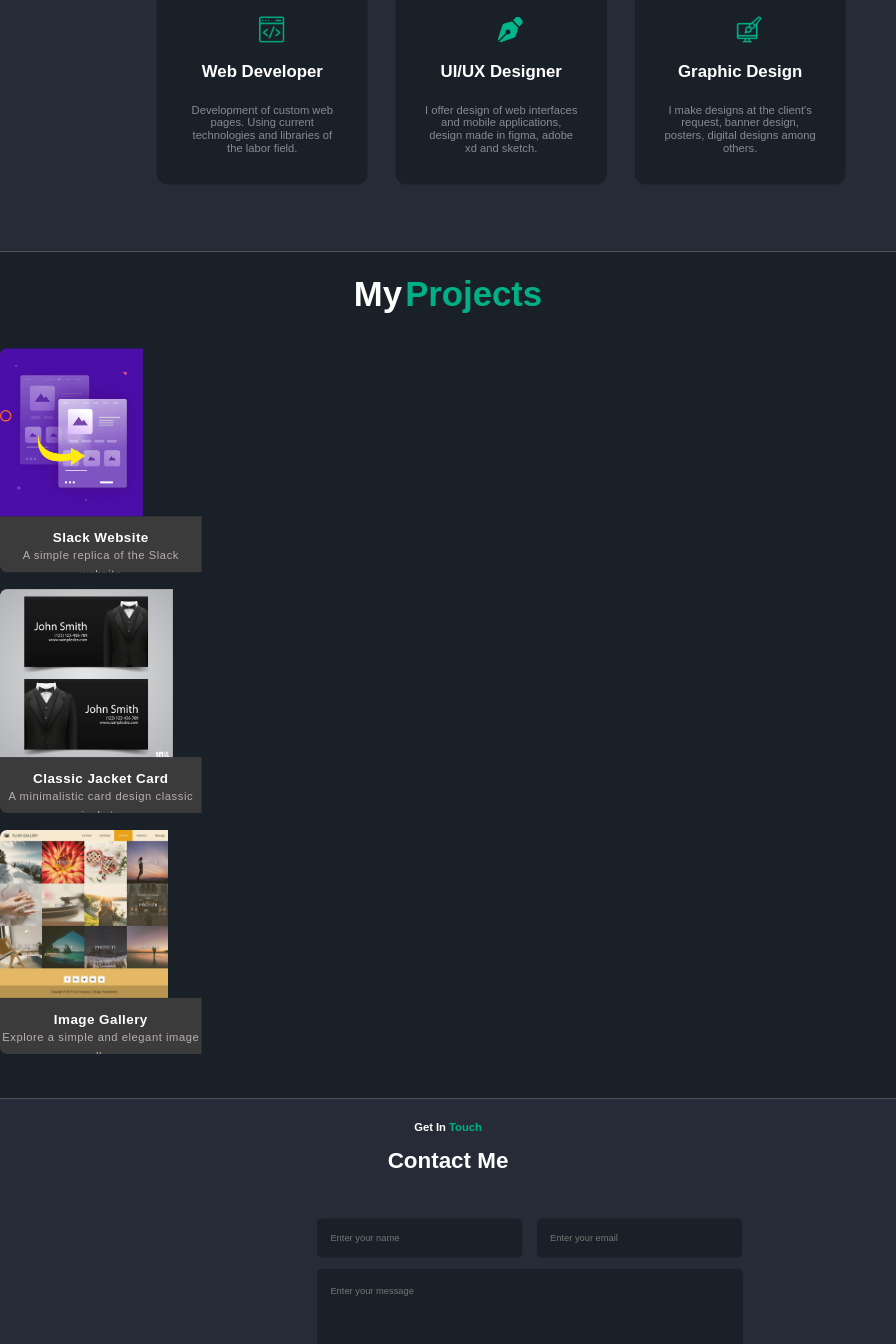
Repository: PraffulPatel27/Portfolio_2.0
Page: index.html
An editor plug-in stored every save of this project. The page is shown before and after the next save, followed by the edit.
The browser window is 1280 px wide. The pictures show the part of the page from y = 1972 to 3892 px (the page is 4504 px tall), at 70% of full size.

Above is the page before, as saved 2024-01-30 15:19:21.

After the next save:
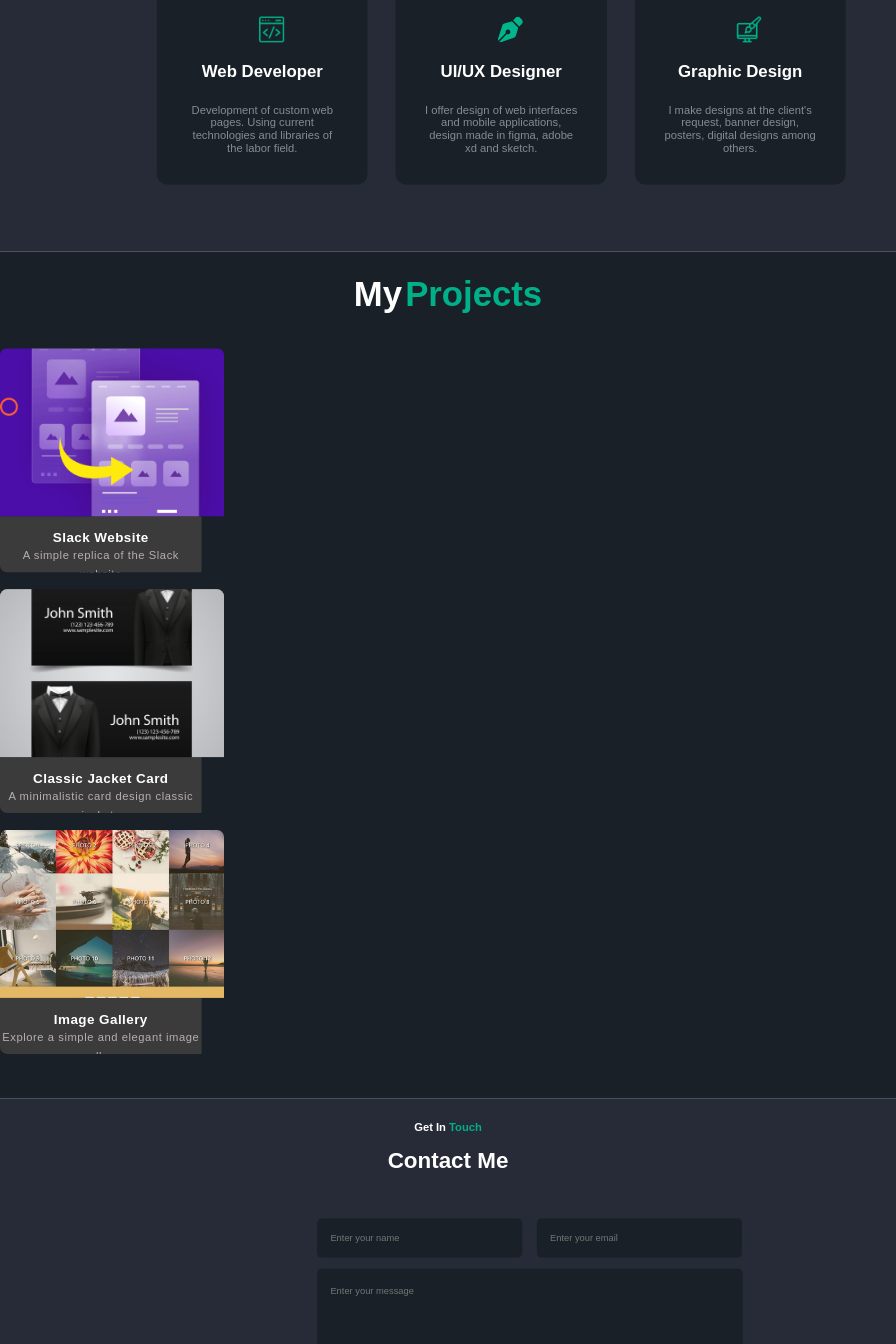
Saved 5 s later.
--- a/style.css
+++ b/style.css
@@ -436,7 +436,7 @@
     display: block;
     object-fit: cover;
     /* border-radius: 16px; */
-    max-width: auto;
+    width: 20rem;
     height: 15rem;
     /* max-width: max-content; */
     /* aspect-ratio: 3/3; */
